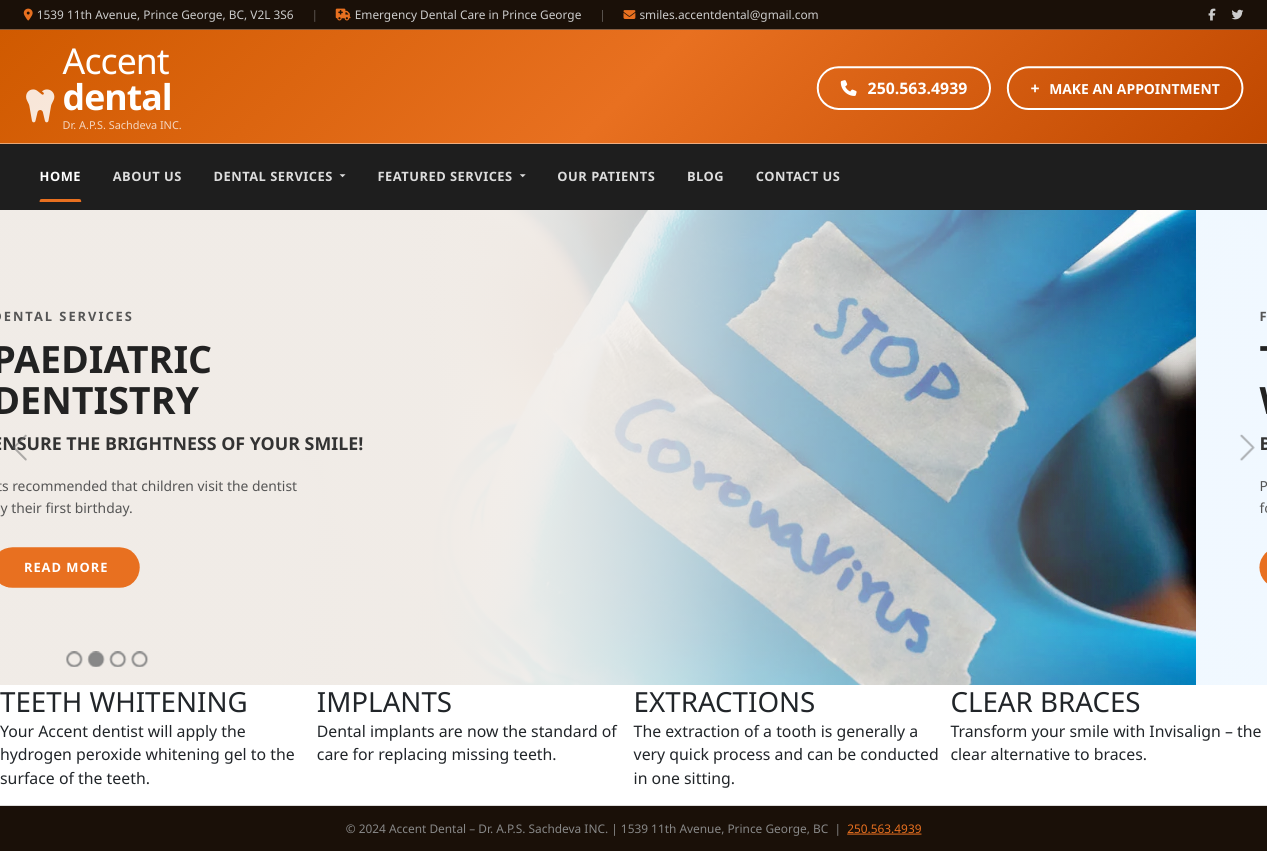
Repository: LaavKush/Dentofy
Page: index.html
The author's editor kept a copy of each file at every save. The page is drawn from the files as they stood at one save, then again after the next save.
The browser window is 1280 px wide. The pictures show the whole page, at 99% of full size.

Above is the page before, as saved 2026-06-27 22:18:43.

### index.html
<!DOCTYPE html>
<html lang="en">
<head>
  <meta charset="UTF-8" />
  <meta name="viewport" content="width=device-width, initial-scale=1.0"/>
  <title>Accent Dental – Dr. A.P.S. Sachdeva INC.</title>
  <link rel="stylesheet" href="https://cdnjs.cloudflare.com/ajax/libs/bootstrap/5.3.2/css/bootstrap.min.css"/>
  <link rel="stylesheet" href="https://cdnjs.cloudflare.com/ajax/libs/font-awesome/6.5.0/css/all.min.css"/>
  <link rel="stylesheet" href="assets/css/style.css">
</head>
<body>

<!-- ══════════ TOP BAR ══════════ -->
<div class="top-bar">
  <div class="container-fluid px-3 px-md-4">
    <div class="d-flex align-items-center justify-content-between flex-wrap gap-2">
      <div class="d-flex align-items-center gap-1 flex-wrap">
        <i class="fas fa-location-dot" style="color:#e87020"></i>
        <span>1539 11th Avenue, Prince George, BC, V2L 3S6</span>
        <span class="sep d-none d-md-inline">|</span>
        <i class="fas fa-ambulance d-none d-md-inline" style="color:#e87020"></i>
        <span class="d-none d-md-inline">Emergency Dental Care in Prince George</span>
        <span class="sep d-none d-md-inline">|</span>
        <i class="fas fa-envelope d-none d-md-inline" style="color:#e87020"></i>
        <span class="d-none d-md-inline">smiles.accentdental@gmail.com</span>
      </div>
      <div class="d-flex gap-3">
        <a href="#"><i class="fab fa-facebook-f"></i></a>
        <a href="#"><i class="fab fa-twitter"></i></a>
      </div>
    </div>
  </div>
</div>

<!-- ══════════ MAIN HEADER ══════════ -->
<header class="main-header">
  <div class="container-fluid px-3 px-md-4">
    <div class="d-flex align-items-center justify-content-between flex-wrap gap-3">
      <!-- Logo -->
      <div class="logo-wrap">
        <div class="logo-icon"><i class="fas fa-tooth"></i></div>
        <div>
          <div class="logo-text"><span>Accent</span><br>dental</div>
          <div class="logo-subtitle">Dr. A.P.S. Sachdeva INC.</div>
        </div>
      </div>
      <!-- CTA buttons -->
      <div class="d-flex align-items-center gap-3 flex-wrap">
        <a href="tel:2505634939" class="btn btn-phone"><i class="fas fa-phone"></i> 250.563.4939</a>
        <a href="#" class="btn btn-appt"><span style="font-size:16px;margin-right:6px">+</span> MAKE AN APPOINTMENT</a>
      </div>
    </div>
  </div>
</header>

<!-- ══════════ NAVBAR ══════════ -->
<nav class="main-nav navbar navbar-expand-lg">
  <div class="container-fluid px-3 px-md-4">
    <button class="navbar-toggler" type="button"
      data-bs-toggle="collapse" data-bs-target="#mainMenu"
      aria-controls="mainMenu" aria-expanded="false" aria-label="Toggle navigation">
      <span class="navbar-toggler-icon"></span>
    </button>
    <div class="collapse navbar-collapse" id="mainMenu">
      <ul class="navbar-nav me-auto">
        <li class="nav-item active">
          <a class="nav-link active" href="#">HOME</a>
        </li>
        <li class="nav-item">
          <a class="nav-link" href="#">ABOUT US</a>
        </li>
        <!-- Dental Services dropdown -->
        <li class="nav-item dropdown">
          <a class="nav-link dropdown-toggle" href="#" role="button"
            data-bs-toggle="dropdown" aria-expanded="false">
            DENTAL SERVICES
          </a>
          <ul class="dropdown-menu">
            <li><a class="dropdown-item" href="#">Cleaning & Prevention</a></li>
            <li><a class="dropdown-item" href="#">Restorative Dentistry</a></li>
            <li><a class="dropdown-item" href="#">Cosmetic Dentistry</a></li>
            <li><a class="dropdown-item" href="#">Paediatric Dentistry</a></li>
            <li><a class="dropdown-item" href="#">Periodontal Treatment</a></li>
            <li><a class="dropdown-item" href="#">Oral Surgery</a></li>
            <li><a class="dropdown-item" href="#">Dental Emergencies</a></li>
          </ul>
        </li>
        <!-- Featured Services dropdown -->
        <li class="nav-item dropdown">
          <a class="nav-link dropdown-toggle" href="#" role="button"
            data-bs-toggle="dropdown" aria-expanded="false">
            FEATURED SERVICES
          </a>
          <ul class="dropdown-menu">
            <li><a class="dropdown-item" href="#">3DNG PMMA NIGHTGUARD</a></li>
            <li><a class="dropdown-item" href="#">Teeth Whitening</a></li>
            <li><a class="dropdown-item" href="#">Dental Diamonds</a></li>
            <li><a class="dropdown-item" href="#">Dental Implants</a></li>
            <li><a class="dropdown-item" href="#">Laser Dentistry</a></li>
            <li><a class="dropdown-item" href="#">Veneers</a></li>
            <li><a class="dropdown-item" href="#">Clear Braces</a></li>
            <li><a class="dropdown-item" href="#">BOTOX® Cosmetic Dentistry</a></li>
            <li><a class="dropdown-item" href="#">TMD, Headaches, and Chronic Head &amp; Neck Pain</a></li>
            <li><a class="dropdown-item" href="#">3D Imaging</a></li>
            <li><a class="dropdown-item" href="#">Anesthetic Reversal</a></li>
            <li><a class="dropdown-item" href="#">Diagnodent</a></li>
            <li><a class="dropdown-item" href="#">Invisalign</a></li>
            <li><a class="dropdown-item" href="#">Digital X-rays</a></li>
            <li><a class="dropdown-item" href="#">Sealants</a></li>
          </ul>
        </li>
        <li class="nav-item">
          <a class="nav-link" href="#">OUR PATIENTS</a>
        </li>
        <li class="nav-item">
          <a class="nav-link" href="#">BLOG</a>
        </li>
        <li class="nav-item">
          <a class="nav-link" href="#">CONTACT US</a>
        </li>
      </ul>
    </div>
  </div>
</nav>

<!-- ══════════ HERO SLIDER ══════════ -->
<div id="heroSlider" class="carousel slide" data-bs-ride="carousel" data-bs-interval="5000">
  <!-- Indicators -->
  <div class="carousel-indicators">
    <button type="button" data-bs-target="#heroSlider" data-bs-slide-to="0" class="active"></button>
    <button type="button" data-bs-target="#heroSlider" data-bs-slide-to="1"></button>
    <button type="button" data-bs-target="#heroSlider" data-bs-slide-to="2"></button>
    <button type="button" data-bs-target="#heroSlider" data-bs-slide-to="3"></button>
  </div>

  <div class="carousel-inner">
    <!-- Slide 1 – Paediatric Dentistry -->
    <div class="carousel-item active">
      <div class="slide-item" style="background-image: url('assets/images/slide_01.jpg'); background-size: cover; background-position: center;">
        <div style="position:absolute;inset:0;background:linear-gradient(to right,rgba(240,235,230,.97) 40%,rgba(240,235,230,.5) 65%,transparent 100%);z-index:1;"></div>
        <div class="slide-content">
          <div class="slide-eyebrow">Dental Services</div>
          <div class="slide-title">PAEDIATRIC<br>DENTISTRY</div>
          <div class="slide-subtitle">Ensure the Brightness of Your Smile!</div>
          <p class="slide-desc">Its recommended that children visit the dentist<br>by their first birthday.</p>
          <a href="#" class="btn-read-more">READ MORE</a>
        </div>
      </div>
    </div>

    <!-- Slide 2 – Teeth Whitening -->
    <div class="carousel-item">
      <div class="slide-item" style="background-image: url('assets/images/slide_02.jpg'); background-size: cover; background-position: center;">
        <div style="position:absolute;inset:0;background:linear-gradient(to right,rgba(240,248,255,.97) 40%,rgba(240,248,255,.5) 65%,transparent 100%);z-index:1;"></div>
        <div class="slide-content">
          <div class="slide-eyebrow">Featured Services</div>
          <div class="slide-title">TEETH<br>WHITENING</div>
          <div class="slide-subtitle">Brighten Your Smile Today!</div>
          <p class="slide-desc">Professional teeth whitening treatments<br>for a radiant, confident smile.</p>
          <a href="#" class="btn-read-more">READ MORE</a>
        </div>
      </div>
    </div>

    <!-- Slide 3 – Dental Implants -->
    <div class="carousel-item">
      <div class="slide-item" style="background-image: url('assets/images/slide_03.jpg'); background-size: cover; background-position: center;">
        <div style="position:absolute;inset:0;background:linear-gradient(to right,rgba(240,245,238,.97) 40%,rgba(240,245,238,.5) 65%,transparent 100%);z-index:1;"></div>
        <div class="slide-content">
          <div class="slide-eyebrow">Advanced Care</div>
          <div class="slide-title">DENTAL<br>IMPLANTS</div>
          <div class="slide-subtitle">Restore Your Natural Smile!</div>
          <p class="slide-desc">State-of-the-art dental implants that look,<br>feel, and function like natural teeth.</p>
          <a href="#" class="btn-read-more">READ MORE</a>
        </div>
      </div>
    </div>

    <!-- Slide 4 – Invisalign -->
    <div class="carousel-item">
      <!-- Using slide_01.jpg here as a placeholder since you have 3 image files -->
      <div class="slide-item" style="background-image: url('assets/images/slide_01.jpg'); background-size: cover; background-position: center;">
        <div style="position:absolute;inset:0;background:linear-gradient(to right,rgba(255,245,235,.97) 40%,rgba(255,245,235,.5) 65%,transparent 100%);z-index:1;"></div>
        <div class="slide-content">
          <div class="slide-eyebrow">Cosmetic Dentistry</div>
          <div class="slide-title">INVISALIGN<br>CLEAR BRACES</div>
          <div class="slide-subtitle">Straighten Teeth Invisibly!</div>
          <p class="slide-desc">Achieve your perfect smile with virtually<br>invisible, comfortable aligners.</p>
          <a href="#" class="btn-read-more">READ MORE</a>
        </div>
      </div>
    </div>
  </div>

  <!-- Controls -->
  <button class="carousel-control-prev" type="button" data-bs-target="#heroSlider" data-bs-slide="prev">
    <span class="carousel-control-prev-icon"></span>
  </button>
  <button class="carousel-control-next" type="button" data-bs-target="#heroSlider" data-bs-slide="next">
    <span class="carousel-control-next-icon"></span>
  </button>
</div>
<!-- ══════════ SERVICES SECTION ══════════ -->
<section class="feature-cards-section">
  <div class="container-fluid p-0">
    <div class="row g-0 align-items-stretch">

      <div class="col-xl-3 col-md-6">
        <div class="feature-card card-dark-orange">
          <div class="card-icon">
            <i class="bi bi-brightness-high"></i>
          </div>
          <h3 class="card-title">TEETH WHITENING</h3>
          <p class="card-desc">Your Accent dentist will apply the hydrogen peroxide whitening gel to the surface of the teeth.</p>
        </div>
      </div>

      <div class="col-xl-3 col-md-6">
        <div class="feature-card card-medium-orange">
          <div class="card-icon">
            <i class="bi bi-capsule"></i>
          </div>
          <h3 class="card-title">IMPLANTS</h3>
          <p class="card-desc">Dental implants are now the standard of care for replacing missing teeth.</p>
        </div>
      </div>

      <div class="col-xl-3 col-md-6">
        <div class="feature-card card-bright-orange card-pop">
          <div class="card-icon">
            <i class="bi bi-scissors"></i>
          </div>
          <h3 class="card-title">EXTRACTIONS</h3>
          <p class="card-desc">The extraction of a tooth is generally a very quick process and can be conducted in one sitting.</p>
        </div>
      </div>

      <div class="col-xl-3 col-md-6">
        <div class="feature-card card-light-orange">
          <div class="card-icon">
            <i class="bi bi-shield-check"></i>
          </div>
          <h3 class="card-title">CLEAR BRACES</h3>
          <p class="card-desc">Transform your smile with Invisalign – the clear alternative to braces.</p>
        </div>
      </div>

    </div>
  </div>
</section>

<!-- ══════════ FOOTER STRIP ══════════ -->
<footer class="footer-strip">
  © 2024 Accent Dental – Dr. A.P.S. Sachdeva INC. | 1539 11th Avenue, Prince George, BC &nbsp;|&nbsp;
  <a href="tel:2505634939" style="color:#e87020">250.563.4939</a>
</footer>

<script src="https://cdnjs.cloudflare.com/ajax/libs/bootstrap/5.3.2/js/bootstrap.bundle.min.js"></script>
</body>
</html>

### assets/css/style.css
 * { margin: 0; padding: 0; box-sizing: border-box; }
    body { font-family: 'Segoe UI', Arial, sans-serif; }

    /* ── TOP BAR ── */
    .top-bar {
      background: #1a1008;
      color: #ccc;
      font-size: 12px;
      padding: 6px 0;
    }
    .top-bar a { color: #ccc; text-decoration: none; }
    .top-bar a:hover { color: #fff; }
    .top-bar .sep { margin: 0 14px; opacity: .4; }

    /* ── HEADER ── */
    .main-header {
      background: linear-gradient(135deg, #d05a00 0%, #e87020 50%, #c04800 100%);
      padding: 14px 0 10px;
    }
    .logo-wrap { display: flex; align-items: flex-end; gap: 6px; }
    .logo-text { font-size: 36px; font-weight: 700; color: #fff; letter-spacing: -1px; line-height: 1; }
    .logo-text span { font-weight: 300; }
    .logo-subtitle { font-size: 11px; color: rgba(255,255,255,.75); margin-top: 2px; }
    .logo-icon { font-size: 38px; color: #fff; opacity: .85; }
    .btn-phone {
      border: 2px solid #fff;
      color: #fff;
      background: transparent;
      border-radius: 30px;
      padding: 8px 22px;
      font-size: 16px;
      font-weight: 600;
      white-space: nowrap;
    }
    .btn-phone i { margin-right: 7px; }
    .btn-phone:hover { background: #fff; color: #d05a00; }
    .btn-appt {
      background: transparent;
      border: 2px solid #fff;
      color: #fff;
      border-radius: 30px;
      padding: 8px 22px;
      font-size: 14px;
      font-weight: 600;
      white-space: nowrap;
    }
    .btn-appt:hover { background: #fff; color: #d05a00; }

    /* ── NAVBAR ── */
.main-nav {
  background: #1e1e1e;
  position: sticky;
  top: 0;
  z-index: 999;
}
.main-nav .navbar-nav .nav-link {
  color: #ddd !important;
  font-size: 13px;
  font-weight: 600;
  letter-spacing: .5px;
  text-transform: uppercase;
  padding: 16px 16px !important;
  position: relative;
}
.main-nav .navbar-nav .nav-link:hover,
.main-nav .navbar-nav .nav-link.active {
  color: #fff !important;
}
.main-nav .navbar-nav .nav-item.active > .nav-link::after {
  content: '';
  position: absolute;
  bottom: 0; left: 16px; right: 16px;
  height: 3px;
  background: #e87020;
  border-radius: 2px 2px 0 0;
}

/* ── DROPDOWN HOVER EFFECT ── */
/* Targets desktop screens to display the dropdown automatically on hover */
@media (min-width: 992px) {
  .main-nav .navbar-nav .nav-item.dropdown:hover > .dropdown-menu {
    display: block;
    opacity: 1;
    visibility: visible;
    margin-top: 0; /* Ensures smooth transition with no blank gaps */
  }
}

/* dropdown styles */
.main-nav .dropdown-menu {
  background: #e87020;
  border: none;
  border-radius: 0;
  padding: 10px 0;
  min-width: 280px;
  margin-top: 0;
}
.main-nav .dropdown-item {
  color: #fff;
  font-size: 13.5px;
  padding: 8px 24px;
}
.main-nav .dropdown-item:hover {
  background: rgba(0,0,0,.15);
  color: #fff;
}
.main-nav .dropdown-item::before {
  content: '• ';
  margin-right: 4px;
}
.navbar-toggler {
  border-color: rgba(255,255,255,.5);
}
.navbar-toggler-icon {
  filter: invert(1);
}

    /* ── SLIDER ── */
    #heroSlider { position: relative; }
    .slide-item {
      height: 480px;
      position: relative;
      overflow: hidden;
    }
    .slide-bg {
      width: 100%; height: 100%;
      object-fit: cover;
      object-position: center top;
    }
    /* gradient overlay on left side */
    .slide-item::before {
      content: '';
      position: absolute; inset: 0;
      background: linear-gradient(to right, rgba(255,255,255,.92) 38%, rgba(255,255,255,.3) 65%, transparent 100%);
      z-index: 1;
    }
    .slide-content {
      position: absolute;
      top: 50%; left: 5%;
      transform: translateY(-50%);
      z-index: 2;
      max-width: 480px;
    }
    .slide-eyebrow {
      font-size: 13px;
      font-weight: 600;
      letter-spacing: 2px;
      text-transform: uppercase;
      color: #555;
      margin-bottom: 12px;
    }
    .slide-title {
      font-size: 38px;
      font-weight: 900;
      color: #222;
      line-height: 1.1;
      margin-bottom: 10px;
    }
    .slide-subtitle {
      font-size: 18px;
      font-weight: 600;
      color: #333;
      text-transform: uppercase;
      margin-bottom: 18px;
    }
    .slide-desc {
      font-size: 14px;
      color: #555;
      margin-bottom: 28px;
      line-height: 1.6;
    }
    .btn-read-more {
      background: #e87020;
      color: #fff;
      border: none;
      border-radius: 30px;
      padding: 11px 32px;
      font-size: 13px;
      font-weight: 700;
      letter-spacing: 1px;
      text-transform: uppercase;
      text-decoration: none;
      display: inline-block;
    }
    .btn-read-more:hover { background: #c05a00; color: #fff; }

    /* carousel indicators custom */
    #heroSlider .carousel-indicators {
      bottom: 18px;
      justify-content: flex-start;
      left: 5%;
      margin: 0;
    }
    #heroSlider .carousel-indicators [data-bs-target] {
      width: 12px; height: 12px;
      border-radius: 50%;
      border: 2px solid #888;
      background: transparent;
      opacity: 1;
    }
    #heroSlider .carousel-indicators .active {
      background: #888;
    }

    /* carousel controls */
    .carousel-control-prev, .carousel-control-next {
      width: 40px;
    }
    .carousel-control-prev-icon,
    .carousel-control-next-icon {
      filter: invert(0) sepia(1) saturate(0) brightness(.4);
    }

    /* ── PLACEHOLDER images using CSS gradients ── */
    .slide-img-1 {
      background: linear-gradient(120deg, #e8d5c0 0%, #f5e8da 40%, #faf0e8 60%, #e8c8b0 100%);
    }
    .slide-img-2 {
      background: linear-gradient(120deg, #dce8f0 0%, #eaf4fa 50%, #d0e0ea 100%);
    }
    .slide-img-3 {
      background: linear-gradient(120deg, #e0ead8 0%, #f0f5ec 50%, #d8e8d0 100%);
    }
    /* Tooth/smile graphic for slide 1 */
    .smile-graphic {
      position: absolute;
      right: 0; top: 0; bottom: 0;
      width: 55%;
      background: linear-gradient(130deg, #fce8d8 0%, #f9dbc8 30%, #f0c8a8 70%, #e8b898 100%);
      clip-path: ellipse(90% 100% at 90% 50%);
      z-index: 0;
      display: flex;
      align-items: center;
      justify-content: center;
      overflow: hidden;
    }
    .smile-graphic::after {
      content: '😁';
      font-size: 180px;
      opacity: .18;
      transform: scaleX(-1);
    }

    /* ── FOOTER strip (minimal) ── */
    .footer-strip {
      background: #1a1008;
      color: #888;
      font-size: 12px;
      text-align: center;
      padding: 14px;
    }

    /* ── SERVICES SECTION ── */
    .services-section { padding: 60px 0; background: #f8f8f8; }
    .services-section h2 { font-size: 28px; font-weight: 800; color: #222; margin-bottom: 8px; }
    .services-section .lead { color: #777; font-size: 14px; margin-bottom: 40px; }
    .service-card {
      background: #fff;
      border-radius: 4px;
      padding: 30px 20px;
      text-align: center;
      border-top: 4px solid #e87020;
      transition: box-shadow .2s;
      height: 100%;
    }
    .service-card:hover { box-shadow: 0 8px 24px rgba(0,0,0,.1); }
    .service-card i { font-size: 36px; color: #e87020; margin-bottom: 16px; }
    .service-card h5 { font-size: 15px; font-weight: 700; color: #222; margin-bottom: 10px; }
    .service-card p { font-size: 13px; color: #777; line-height: 1.6; }

    /* responsive */
    @media (max-width: 767px) {
      .slide-item { height: 360px; }
      .slide-title { font-size: 26px; }
      .slide-subtitle { font-size: 14px; }
      .main-nav .dropdown-menu { background: #333; }
      .smile-graphic { width: 45%; }
    }
    @media (max-width: 575px) {
      .top-bar .d-flex { flex-wrap: wrap; gap: 4px; }
      .slide-item { height: 300px; }
      .slide-content { left: 4%; }
      .slide-title { font-size: 22px; }
    }

After the next save:
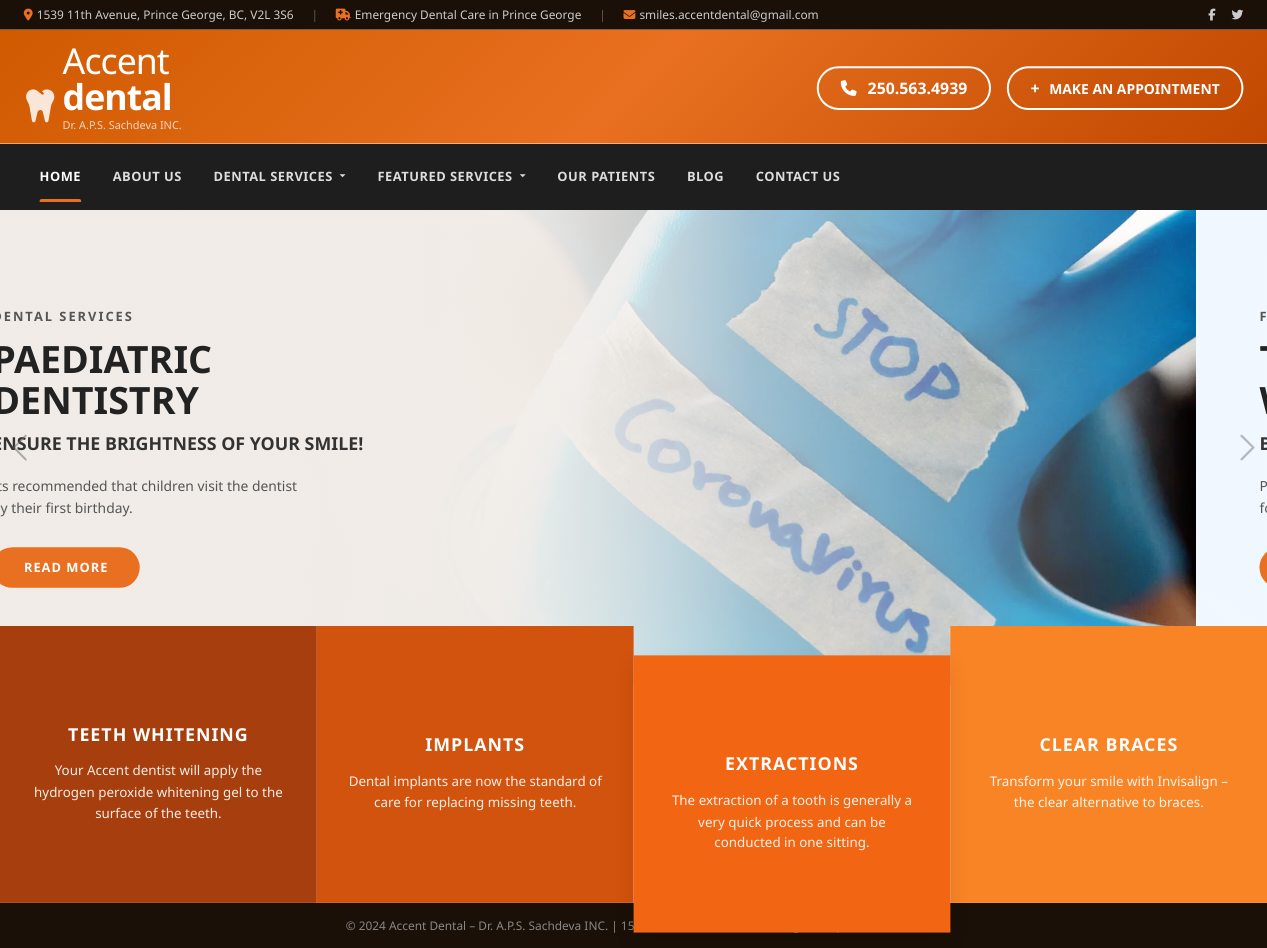
Saved 15 s later.
--- a/assets/css/style.css
+++ b/assets/css/style.css
@@ -282,3 +282,81 @@
       .slide-content { left: 4%; }
       .slide-title { font-size: 22px; }
     }
+
+    /* ── FEATURE CARDS ── */
+.feature-cards-section {
+  position: relative;
+  z-index: 10;
+}
+
+/* Base Card Styles */
+.feature-card {
+  padding: 50px 30px;
+  text-align: center;
+  color: #ffffff;
+  min-height: 280px;
+  display: flex;
+  flex-direction: column;
+  justify-content: center;
+  align-items: center;
+  transition: transform 0.3s ease, box-shadow 0.3s ease;
+}
+
+/* Smooth Interactive Hover Effect */
+.feature-card:hover {
+  transform: translateY(-8px);
+  box-shadow: 0 15px 30px rgba(0, 0, 0, 0.25);
+  z-index: 5;
+}
+
+/* Card Icons */
+.card-icon {
+  font-size: 45px;
+  margin-bottom: 20px;
+  line-height: 1;
+}
+.card-icon img {
+  width: 50px;
+  height: auto;
+}
+
+/* Typography matching image layout */
+.feature-card .card-title {
+  font-size: 18px;
+  font-weight: 700;
+  letter-spacing: 1px;
+  margin-bottom: 15px;
+  text-transform: uppercase;
+}
+.feature-card .card-desc {
+  font-size: 13.5px;
+  line-height: 1.6;
+  opacity: 0.9;
+  margin-bottom: 0;
+  max-width: 280px;
+}
+
+/* Exact Color Codes From Image Gradient Row */
+.card-dark-orange { background-color: #a63f0d; }
+.card-medium-orange { background-color: #d2530d; }
+.card-bright-orange { background-color: #f26513; }
+.card-light-orange { background-color: #f98426; }
+
+/* Desktop-Only Layout Offsets */
+@media (min-width: 1200px) {
+  /* Pulls the whole section up to overlay on the slider */
+  .feature-cards-section {
+    margin-top: -60px;
+  }
+
+  /* Makes the 3rd card 'dangle' downward past the others */
+  .card-pop {
+    transform: translateY(30px);
+    box-shadow: 0 10px 20px rgba(0, 0, 0, 0.1);
+  }
+
+  /* Retains structural integrity for card 3 during standard hover state */
+  .card-pop:hover {
+    transform: translateY(22px);
+  }
+}
